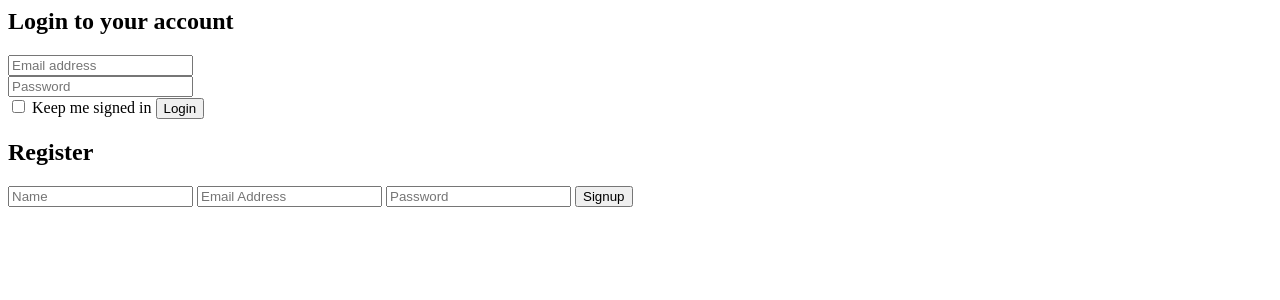
Repository: PaulLabat/RenTech
Page: http://localhost/RenTech/views/login.jsp
These files come from the project's save history. The page is drawn as it stood at one moment and after the next save; the edit follows.
The browser window is 1280 px wide. The pictures show the whole page.
The page is served by Tomcat 9. Other server files are loaded and not shown.

Above is the page before, as saved 2014-10-29 09:47:52.

### RenTech/WebContent/views/login.jsp
	<section id="form"><!--form-->
		<div class="container">
			<div class="row">
				<div class="col-sm-4 col-sm-offset-1">
					<div class="login-form"><!--login form-->
						<h2>Login to your account</h2>
						<form action="#">
							<div class="input-group margin-bottom-sm">
							  <span class="input-group-addon"><i class="fa fa-envelope-o fa-fw"></i></span>
							  <input class="form-control" type="text" placeholder="Email address">
							</div>
							<div class="input-group">
							  <span class="input-group-addon"><i class="fa fa-key fa-fw"></i></span>
							  <input class="form-control" type="password" placeholder="Password">
							</div>

							<span>
								<input type="checkbox" class="checkbox">
								Keep me signed in
							</span>
							<button type="submit" class="btn btn-default">Login</button>
						</form>
					</div><!--/login form-->
				</div>

				<div class="col-sm-4">
					<div class="signup-form"><!--sign up form-->
						<h2>Register</h2>
						<form action="#">
							<input type="text" placeholder="Name"/>
							<input type="email" placeholder="Email Address"/>
							<input type="password" placeholder="Password"/>
							<button type="submit" class="btn btn-default">Signup</button>
						</form>
					</div><!--/sign up form-->
				</div>
			</div>
		</div>
	</section><!--/form-->

After the next save:
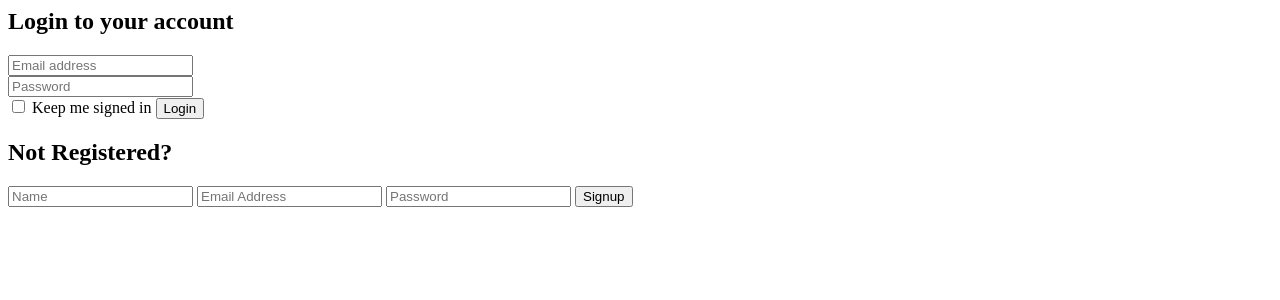
Saved 2 min 9 s later.
--- a/RenTech/WebContent/views/login.jsp
+++ b/RenTech/WebContent/views/login.jsp
@@ -25,7 +25,7 @@
 
 				<div class="col-sm-4">
 					<div class="signup-form"><!--sign up form-->
-						<h2>Register</h2>
+						<h2>Not Registered?</h2>
 						<form action="#">
 							<input type="text" placeholder="Name"/>
 							<input type="email" placeholder="Email Address"/>
